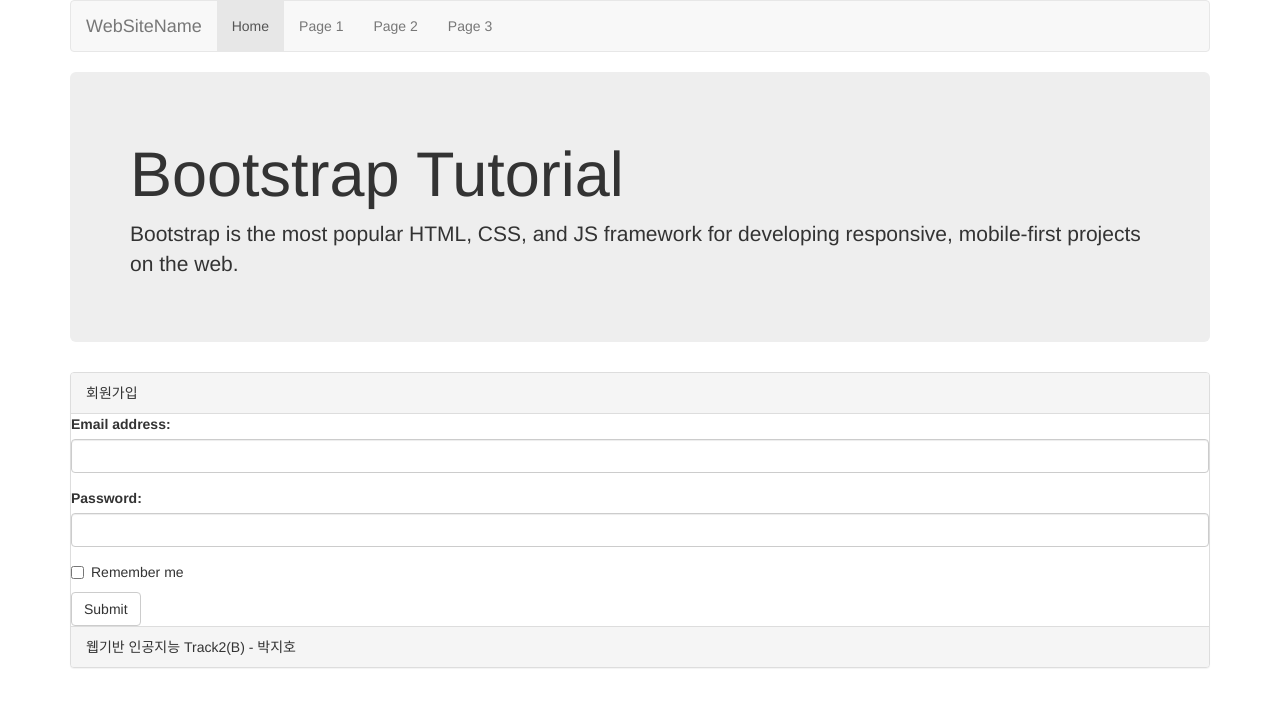
Repository: Jipumpkin/WebServer
Page: http://localhost/FrontCommandPattern/main.jsp
These files come from the project's save history. The page is drawn as it stood at one moment and after the next save; the edit follows.
The browser window is 1280 px wide. The pictures show the whole page.
The page is served by Tomcat 9.

Above is the page before, as saved 2024-08-20 01:18:19.

After the next save:
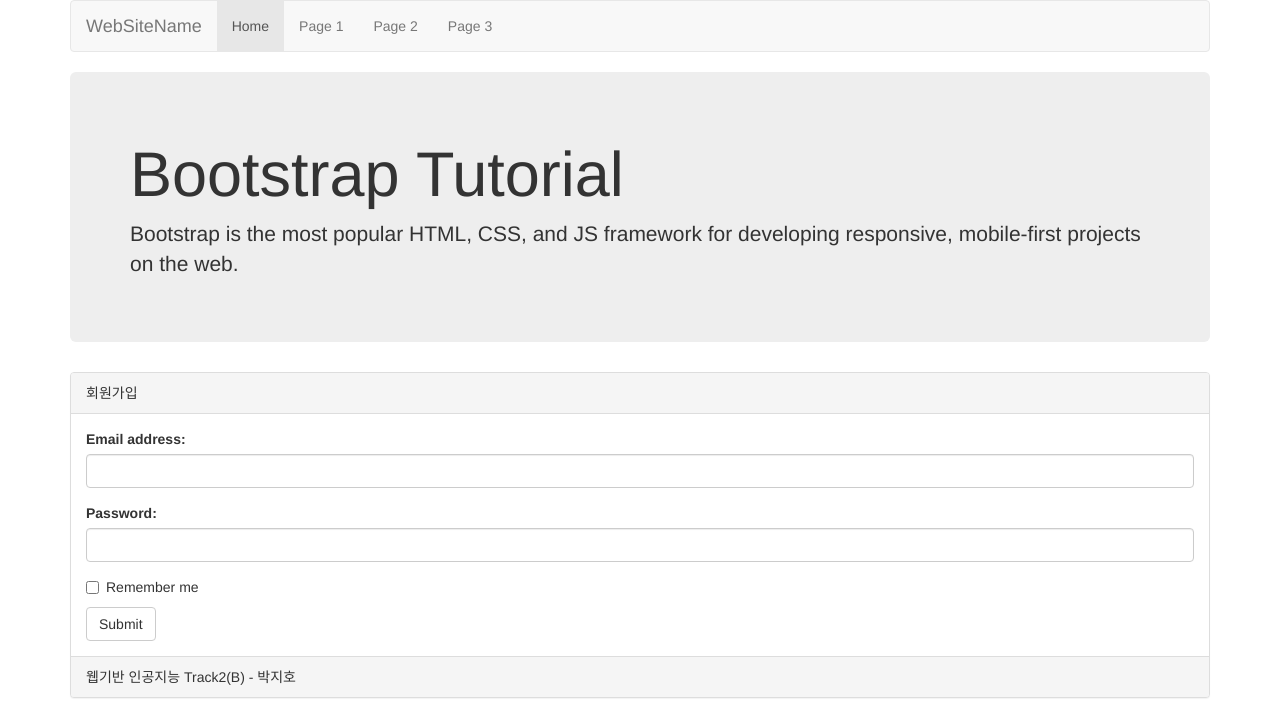
Saved 16 s later.
--- a/FrontCommandPattern/src/main/webapp/main.jsp
+++ b/FrontCommandPattern/src/main/webapp/main.jsp
@@ -35,20 +35,24 @@
 	 	<div class="panel panel-default">
 		    <div class="panel-heading">회원가입</div>
 
-			<form action="/action_page.php">
-			  <div class="form-group">
-			    <label for="email">Email address:</label>
-			    <input type="email" class="form-control" id="email">
-			  </div>
-			  <div class="form-group">
-			    <label for="pwd">Password:</label>
-			    <input type="password" class="form-control" id="pwd">
-			  </div>
-			  <div class="checkbox">
-			    <label><input type="checkbox"> Remember me</label>
-			  </div>
-			  <button type="submit" class="btn btn-default">Submit</button>
-			</form>
+		    <div class="panel-body">
+
+				<form action="/action_page.php">
+				  <div class="form-group">
+				    <label for="email">Email address:</label>
+				    <input type="email" class="form-control" id="email">
+				  </div>
+				  <div class="form-group">
+				    <label for="pwd">Password:</label>
+				    <input type="password" class="form-control" id="pwd">
+				  </div>
+				  <div class="checkbox">
+				    <label><input type="checkbox"> Remember me</label>
+				  </div>
+				  <button type="submit" class="btn btn-default">Submit</button>
+				</form>
+
+		    </div>
 
 		    <div class="panel-footer">웹기반 인공지능 Track2(B) - 박지호</div>
 	  	</div>
